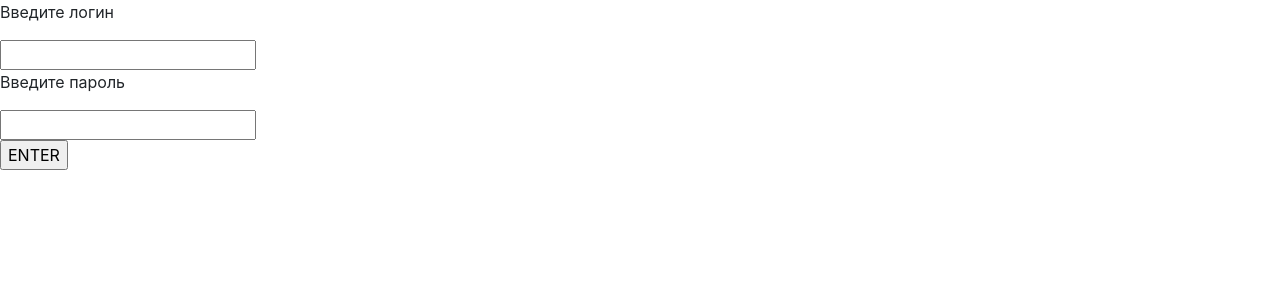
Repository: sMoonBeam/Labs
Page: MyList/WebContent/index.html
An editor plug-in stored every save of this project. The page is shown before and after the next save, followed by the edit.
The browser window is 1280 px wide. The pictures show the whole page.

Above is the page before, as saved 2019-10-16 20:40:41.

After the next save:
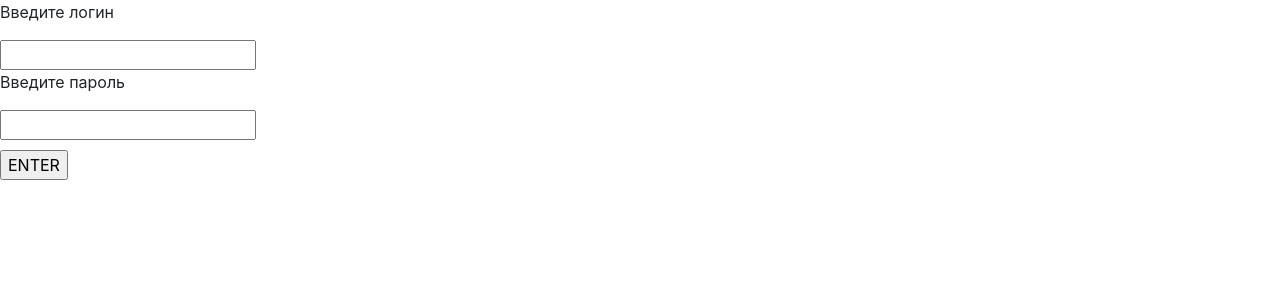
Saved 27 s later.
--- a/MyList/WebContent/index.html
+++ b/MyList/WebContent/index.html
@@ -13,7 +13,7 @@
 		<p>Введите пароль</p>
 		<input type="text" name="password"/>
 		<br>
-		<input type="submit" value="ENTER"/>
+		<input style="margin-top: 10px;" type="submit" value="ENTER"/>
 	</form>
 </body>
 </html>
